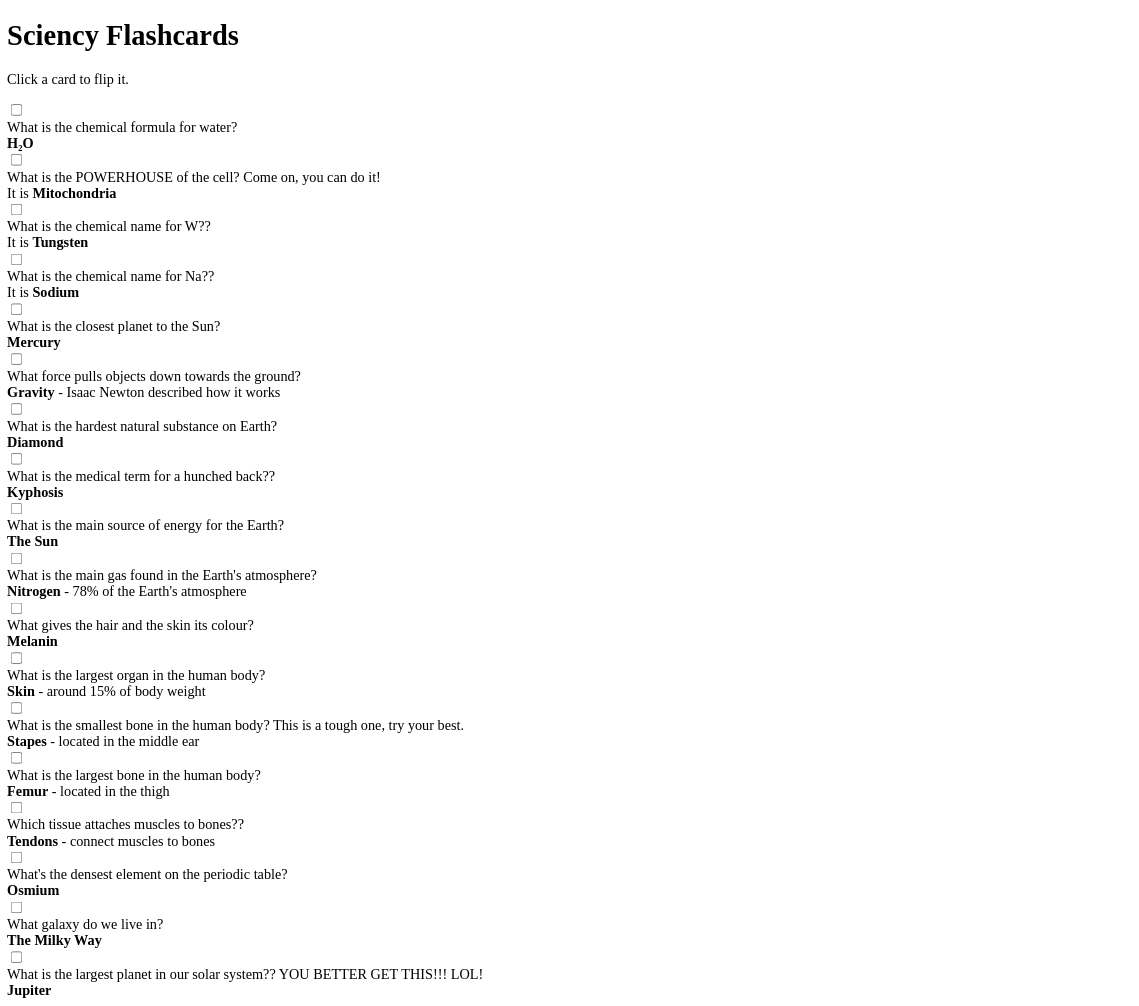
Repository: manayparikh1/ScienceFlashcards
Page: index.html
These files come from the project's save history. The page is drawn as it stood at one moment and after the next save; the edit follows.
The browser window is 1280 px wide. The pictures show the whole page, at 89% of full size.
Some web fonts or font styles are not loaded; a fallback is used.

Above is the page before, as saved 2026-10-22 22:14:46.

### index.html
<!DOCTYPE html>
<html lang="en">

<head>
    <meta charset="utf-8">
    <meta name="viewport" content="width=device-width, initial-scale=1.0">
    <title>Sciency Flashcards</title>
    <link href="https://fonts.googleapis.com/css2?family=Comic+Neue:wght@400;700&display=swap" rel="stylesheet">
</head>

<body>

    <!-- = the html starts here = -->

    <h1>Sciency Flashcards</h1>
    <p class="hint">Click a card to flip it.</p>

    <div class="cards">

        <label class="card">
            <input type="checkbox">
            <div class="inner">
                <div class="front">What is the chemical formula for water?</div>
                <div class="back"><strong>H₂O</strong></div>
            </div>
        </label>

        <label class="card">
            <input type="checkbox">
            <div class="inner">
                <div class="front">What is the POWERHOUSE of the cell? Come on, you can do it!</div>
                <div class="back">It is <strong>Mitochondria</strong></div>
            </div>
        </label>

        <label class="card">
            <input type="checkbox">
            <div class="inner">
                <div class="front">What is the chemical name for W??</div>
                <div class="back">It is <strong>Tungsten</strong></div>
            </div>
        </label>

        <label class="card">
            <input type="checkbox">
            <div class="inner">
                <div class="front">What is the chemical name for Na??</div>
                <div class="back">It is <strong>Sodium</strong></div>
            </div>
        </label>

        <label class="card">
            <input type="checkbox">
            <div class="inner">
                <div class="front">What is the closest planet to the Sun?</div>
                <div class="back"><strong>Mercury</strong></div>
            </div>
        </label>

        <label class="card">
            <input type="checkbox">
            <div class="inner">
                <div class="front">What force pulls objects down towards the ground?</div>
                <div class="back"><strong>Gravity</strong> - Isaac Newton described how it works</div>
            </div>
        </label>

        <label class="card">
            <input type="checkbox">
            <div class="inner">
                <div class="front">What is the hardest natural substance on Earth?</div>
                <div class="back"><strong>Diamond</strong></div>
            </div>
        </label>

        <label class="card">
            <input type="checkbox">
            <div class="inner">
                <div class="front">What is the medical term for a hunched back??</div>
                <div class="back"><strong>Kyphosis</strong></div>
            </div>
        </label>

        <label class="card">
            <input type="checkbox">
            <div class="inner">
                <div class="front">What is the main source of energy for the Earth?</div>
                <div class="back"><strong>The Sun</strong></div>
            </div>
        </label>

        <label class="card">
            <input type="checkbox">
            <div class="inner">
                <div class="front">What is the main gas found in the Earth's atmosphere?</div>
                <div class="back"><strong>Nitrogen</strong> - 78% of the Earth's atmosphere</div>
            </div>
        </label>

        <label class="card">
            <input type="checkbox">
            <div class="inner">
                <div class="front">What gives the hair and the skin its colour?</div>
                <div class="back"><strong>Melanin</strong></div>
            </div>
        </label>

        <label class="card">
            <input type="checkbox">
            <div class="inner">
                <div class="front">What is the largest organ in the human body?</div>
                <div class="back"><strong>Skin</strong> - around 15% of body weight</div>
            </div>
        </label>

        <label class="card">
            <input type="checkbox">
            <div class="inner">
                <div class="front">What is the smallest bone in the human body? This is a tough one, try your best.
                </div>
                <div class="back"><strong>Stapes</strong> - located in the middle ear</div>
            </div>
        </label>

        <label class="card">
            <input type="checkbox">
            <div class="inner">
                <div class="front">What is the largest bone in the human body?</div>
                <div class="back"><strong>Femur</strong> - located in the thigh</div>
            </div>
        </label>

        <label class="card">
            <input type="checkbox">
            <div class="inner">
                <div class="front">Which tissue attaches muscles to bones??</div>
                <div class="back"><strong>Tendons</strong> - connect muscles to bones</div>
            </div>
        </label>

        <label class="card">
            <input type="checkbox">
            <div class="inner">
                <div class="front">What's the densest element on the periodic table?</div>
                <div class="back"><strong>Osmium</strong></div>
            </div>
        </label>

        <label class="card">
            <input type="checkbox">
            <div class="inner">
                <div class="front">What galaxy do we live in?</div>
                <div class="back"><strong>The Milky Way</strong></div>
            </div>
        </label>

        <label class="card">
            <input type="checkbox">
            <div class="inner">
                <div class="front">What is the largest planet in our solar system?? YOU BETTER GET THIS!!! LOL!</div>
                <div class="back"><strong>Jupiter</strong></div>
            </div>
        </label>

    </div>

    <!-- the css-->

    <style>

    </style>

After the next save:
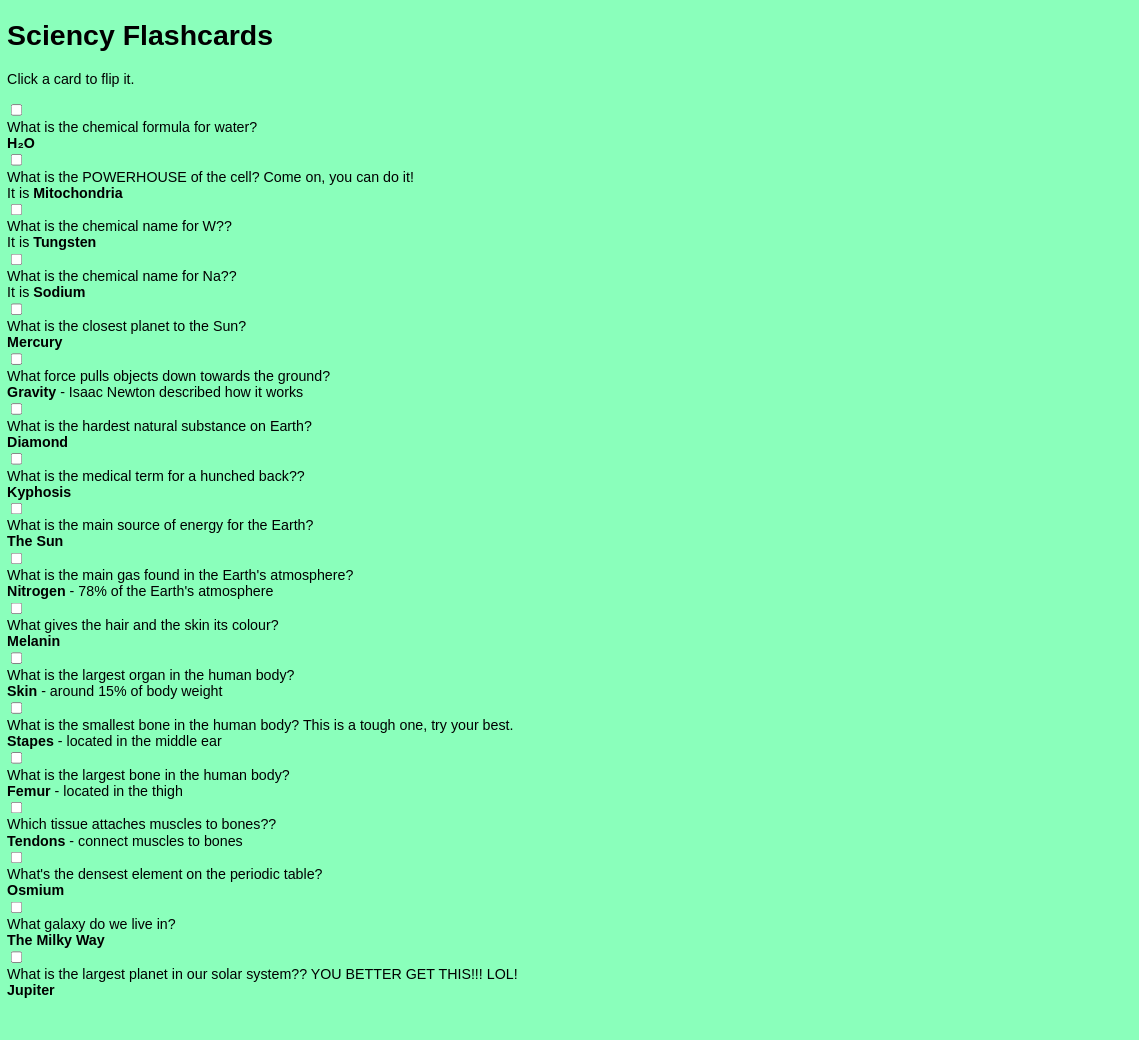
Saved 3 min 1 s later.
--- a/index.html
+++ b/index.html
@@ -4,7 +4,7 @@
 <head>
     <meta charset="utf-8">
     <meta name="viewport" content="width=device-width, initial-scale=1.0">
-    <title>Sciency Flashcards</title>
+    <title>Scientifico Flashcards</title>
     <link href="https://fonts.googleapis.com/css2?family=Comic+Neue:wght@400;700&display=swap" rel="stylesheet">
 </head>
 
@@ -167,5 +167,9 @@
     <!-- the css-->
 
     <style>
+        body {
+            background: #8affbb;
+            font-family: "Comic SAans MS", cursive, sans-serif;
 
+        }
     </style>
